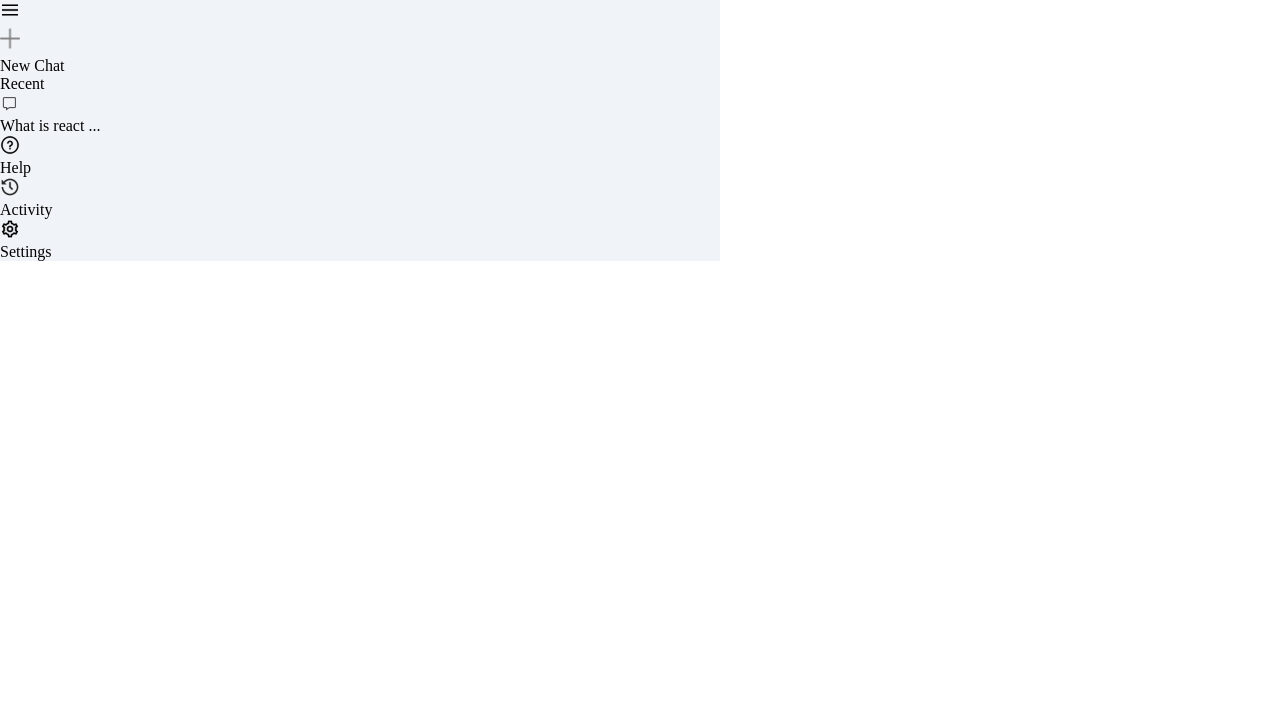
Repository: diyorbe-beep/GhostAi
Page: /
These files come from the project's save history. The page is drawn as it stood at one moment and after a run of saves; the edit follows.
The browser window is 1280 px wide. The pictures show the whole page.
The project was rebuilt for these pictures with package versions that can differ from the ones it lists, and the page was loaded fresh each time. Also part of the build but not shown: vite.config.js.

Above is the page before, as saved 2025-08-31 11:46:01.

### index.html
<!doctype html>
<html lang="en">
  <head>
    <meta charset="UTF-8" />
    <link rel="icon" type="image/svg+xml" href="./public/ChatGPT Image 31 авг. 2025 г., 11_16_32.png" />
    <meta name="viewport" content="width=device-width, initial-scale=1.0" />
    <title>GhostAi</title>
  </head>
  <body>
    <div id="root"></div>
    <script type="module" src="/src/main.jsx"></script>
  </body>
</html>

### src/index.css
*{
  margin: 0;
  padding: 0;
  box-sizing: border-box;
}
#root
/* body{
  background-color: #171618;
} */

### src/App.jsx
import React from 'react'
import Sidebar from './components/sidebar/sidebar'
export default function App() {
  return (
    <>
      <Sidebar />
    </>
  )
}

### src/components/sidebar/sidebar.jsx
import React from 'react'
import './sidebar.css'
import { assets } from '../../assets/assets'
export default function sidebar() {
  return (
    <div className='sidebar'>
      <div className="top">
        <img className='menu' src={assets.menu_icon} alt="" />
        <div className="new_chat">
          <img src={assets.plus_icon} alt="" />
          <p>New Chat</p>
        </div>
        <div className="recent">
          <p className='recent-title' >Recent </p>
          <div className="recent-entry">
            <img src={assets.message_icon} alt="" />
            <p>What is react ...</p>
          </div>
        </div>
      </div>
      <div className="bottom">
        <div className='bottom_item recent-entry'>
          <img src={assets.question_icon} alt="" />
          <p>Help</p>
        </div>
        <div className='bottom_item recent-entry'>
          <img src={assets.history_icon} alt="" />
          <p>Activity</p>
        </div>
        <div className='bottom_item recent-entry'>
          <img src={assets.setting_icon} alt="" />
          <p>Settings</p>
        </div>
      </div>
    </div>
  )
}

### src/components/sidebar/sidebar.css
.sidebar{
    min-width: 100vh;
    display: inline-flex;
    flex-direction: column;
    justify-content: space-between;
    background-color: #f0f4f9;
}

.sidebar img{
    width: 20px;
}

### src/assets/assets.js
import history_icon from './history_icon.png'
import menu_icon from './menu_icon.png'
import plus_icon from './plus_icon.png'
import question_icon from './question_icon.png'
import setting_icon from './setting_icon.png'
import bulb_icon from './bulb_icon.png'
import compass_icon from './compass_icon.png'
import gallery_icon from './gallery_icon.png'
import mic_icon from './mic_icon.png'
import user_icon from './user_icon.png'
import youtube_icon from './youtube_icon.png'
import message_icon from './message_icon.png'
import code_icon from './code_icon.png'
import send_icon from './send_icon.png'
import gemini_icon from './gemini_icon.png'

export const assets = {
    history_icon,
    menu_icon,
    plus_icon,
    question_icon,
    setting_icon,
    bulb_icon,
    compass_icon,
    gallery_icon,
    mic_icon,
    user_icon,
    youtube_icon,
    message_icon,
    code_icon,
    send_icon,
    gemini_icon
}

Loaded but not shown: src/main.jsx (common file)

After the next 2 saves:
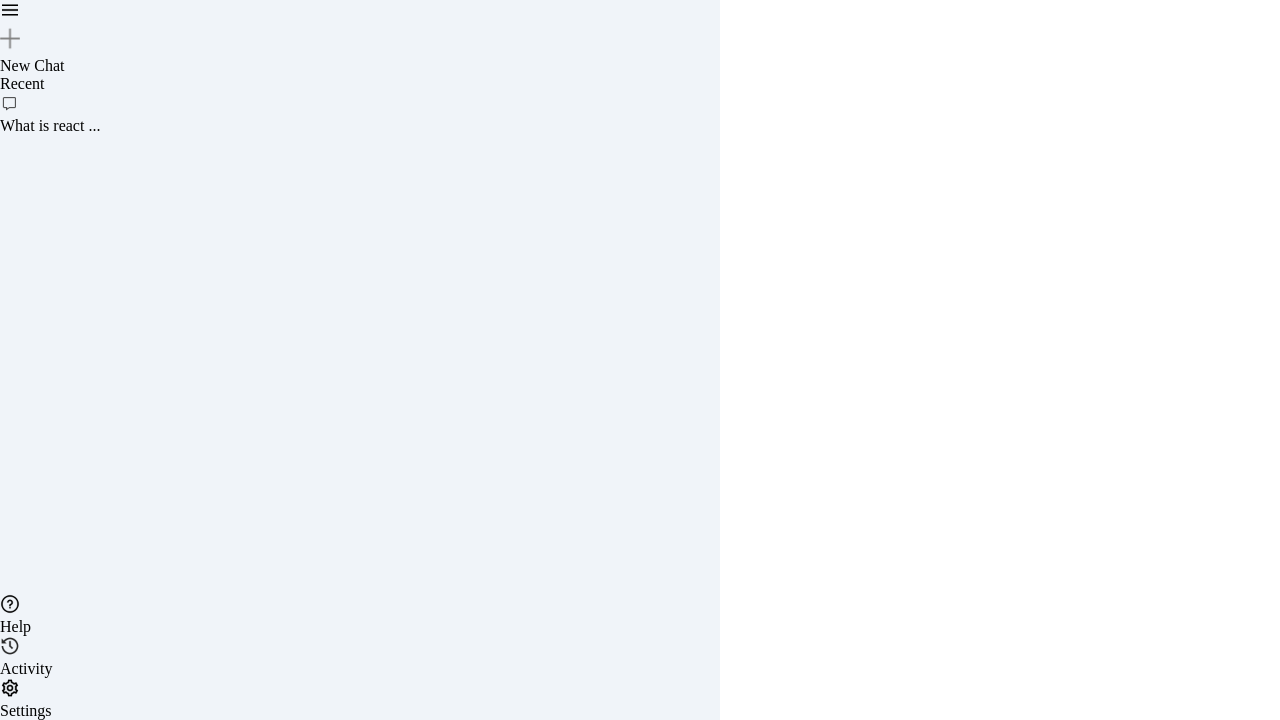
The 2 saves are shown as one change because they came seconds apart.
The last was saved 7 s later.
--- a/src/index.css
+++ b/src/index.css
@@ -3,7 +3,10 @@
   padding: 0;
   box-sizing: border-box;
 }
-#root
+#root{
+  height: 100vh;
+  display: flex;
+}
 /* body{
   background-color: #171618;
 } */
